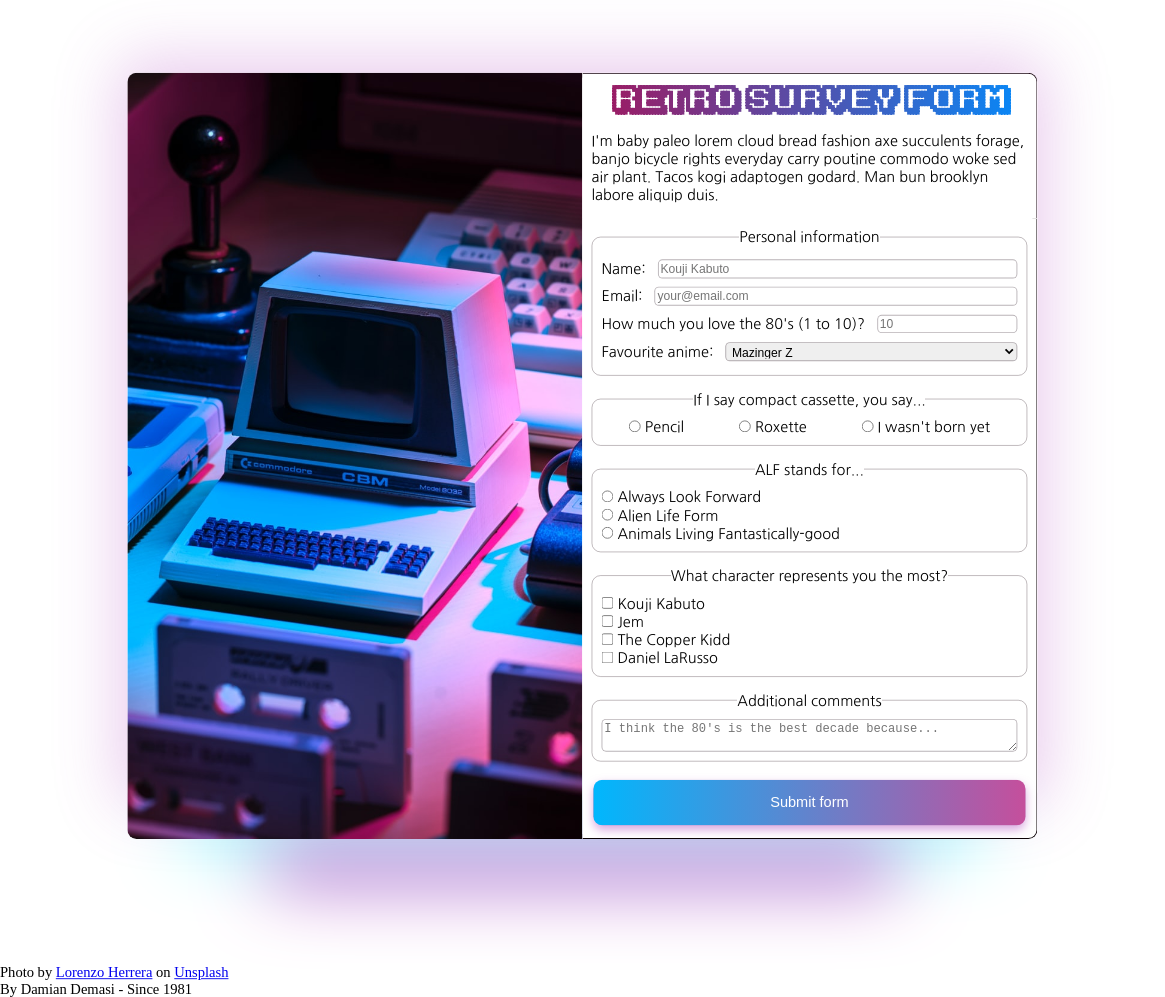
Repository: Colo-Codes/freecodecamp-02-Build-a-Survey-Form
Page: index.html
An editor plug-in stored every save of this project. The page is shown before and after the next save, followed by the edit.
The browser window is 1280 px wide. The pictures show the whole page, at 91% of full size.

Above is the page before, as saved 2021-05-19 08:29:54.

### index.html
<!DOCTYPE html>
<html lang="en">

<head>
    <meta charset="UTF-8">
    <meta http-equiv="X-UA-Compatible" content="IE=edge">
    <meta name="viewport" content="width=device-width, initial-scale=1.0">
    <link rel="stylesheet" href="./resources/css/index.css" type="text/css">
    <link rel="preconnect" href="https://fonts.gstatic.com">
    <link href="https://fonts.googleapis.com/css2?family=Nanum+Gothic:wght@400;800&display=swap" rel="stylesheet">
    <title>Retro Survey Form</title>
</head>

<body>
    <main id="grid-container">
        <header>
            <h1 id="title">Retro Survey Form</h1>
            <p id="description">I'm baby paleo lorem cloud bread fashion axe succulents forage, banjo bicycle rights
                everyday carry poutine commodo woke sed air plant. Tacos kogi adaptogen godard. Man bun brooklyn labore
                aliquip duis.</p>
        </header>
        <section>
            <form action="#" id="survey-form" method="POST">
                <fieldset id="personal-info">
                    <legend>Personal information</legend>
                    <label for="name" id="name-label">
                        Name: <input type="text" id="name" placeholder="Kouji Kabuto" required>
                    </label>
                    <label for="email" id="email-label">
                        Email: <input type="email" id="email" placeholder="your@email.com" required> <!-- validate -->
                    </label>
                    <label for="number" id="number-label">
                        How much you love the 80's (1 to 10)? <input type="number" id="number" placeholder="10" min="1"
                            max="10" required>
                    </label>
                    <label for="dropdown"> Favourite anime:
                        <select name="favourite" id="dropdown">
                            <option value="mazinger-z">Mazinger Z</option>
                            <option value="macross-robotech">Macross (Robotech)</option>
                            <option value="crusher-joe">Crusher Joe</option>
                            <option value="momo">Magical Princess Minky Momo</option>
                            <option value="gundam">Mobile Suit Zeta Gundam</option>
                            <option value="dragon-ball">Dragon Ball</option>
                            <option value="galactic-heroes">Legend of the Galactic Heroes</option>
                        </select>
                    </label>
                </fieldset>

                <fieldset id="cassette">
                    <legend>If I say compact cassette, you say...</legend>
                    <label for="pencil">
                        <input type="radio" name="cassette-match" value="pencil" id="pencil"> Pencil
                    </label>
                    <label for="roxette">
                        <input type="radio" name="cassette-match" value="roxette" id="roxette"> Roxette
                    </label>
                    <label for="not-born">
                        <input type="radio" name="cassette-match" value="not-born" id="not-born"> I wasn't born yet
                    </label>
                </fieldset>
                <fieldset id="alf">
                    <legend>ALF stands for...</legend>
                    <label for="always">
                        <input type="radio" name="alf" value="always" id="always"> Always Look Forward
                    </label>
                    <label for="alien">
                        <input type="radio" name="alf" value="alien" id="alien"> Alien Life Form
                    </label>
                    <label for="animals">
                        <input type="radio" name="alf" value="animals" id="animals"> Animals Living Fantastically-good
                    </label>
                </fieldset>
                <fieldset id="character">
                    <legend>What character represents you the most?</legend>
                    <label for="koji">
                        <input type="checkbox" name="character" value="koji" id="koji"> Kouji Kabuto
                    </label>
                    <label for="jem">
                        <input type="checkbox" name="character" value="jem" id="jem"> Jem
                    </label>
                    <label for="copper">
                        <input type="checkbox" name="character" value="copper" id="copper"> The Copper Kidd
                    </label>
                    <label for="larusso">
                        <input type="checkbox" name="character" value="larusso" id="larusso"> Daniel LaRusso
                    </label>
                </fieldset>
                <fieldset id="additional-comments">
                    <legend>Additional comments</legend>
                    <textarea name="additional-comments" id="textarea" cols="50" placeholder="I think the 80's is the best decade because..."></textarea>
                </fieldset>
                <div id="submit">
                    <input type="submit" value="Submit form">
                </div>
            </form>
        </section>
        <div id="main-image" role="img" aria-label="Retro computers and devices from the 80's under a blue and violet light"></div>
    </main>
    <div id="glow-1"></div>
    <div id="glow-2"></div>
    <footer>
        <p>Photo by <a href="https://unsplash.com/@lorenzoherrera?utm_source=unsplash&utm_medium=referral&utm_content=creditCopyText">Lorenzo Herrera</a> on <a href="https://unsplash.com/?utm_source=unsplash&utm_medium=referral&utm_content=creditCopyText">Unsplash</a></p>
        <p>By Damian Demasi - Since 1981</p>

    </footer>
</body>

</html>

### resources/css/index.css
@font-face {
    font-family: 'Karmatic Arcade';
    src: url("../fonts/ka1.ttf");
    font-weight: normal;
    font-style: normal;
}
/* Initial reset */
html {
    box-sizing: border-box;
    font-size: 16px;
}
*, *:before, *:after {
    box-sizing: inherit;
    margin: 0;
    padding: 0;
    /*outline: 1px dashed blue; /* Debugging purposes */
}
/* Grid */
#grid-container {
    width: 1000px; /* TODO media query */
    height: 800px; /* TODO media query */
    display: grid;
    flex-direction: row;
    margin: 5rem auto 50px auto;
    border-radius: 10px;
    /* border: 1px solid red; */
    grid-template: 1fr 1fr / 1fr 1fr;
    box-shadow: 0px -5px 70px 10px rgba(181, 83, 196, .3);

}
#main-image {
    background-image: url(../img/lorenzo-herrera-p0j-mE6mGo4-unsplash.jpg);
    background-repeat: no-repeat;
    background-position: 50%;
    background-size: cover;
    order: -1;
    grid-area: 1 / 1 / 3 / 2; /* the whole left column */
    border-radius: 10px 0 0 10px;
}
header {
    background-color: white;
    grid-area: 1 / 2 / 2 / 3; /* top right */
    border-radius: 0 10px 0 0;
    border-top: 1px solid rgb(26, 6, 18);
    border-right: 1px solid rgb(26, 6, 18);

}
section {
    background-color: white;
    grid-area: 2 / 2 / 3 / 3; /* top right */
    border-radius: 0 0 10px 0;
    border-bottom: 1px solid rgb(10, 1, 4);
    border-right: 1px solid rgb(10, 1, 4);
}
/* Form */
form {
    margin: 10px;
    font-family: 'Nanum Gothic', sans-serif;
}
h1 {
    margin-top: 10px;
    font-family: "Karmatic Arcade", sans-serif;
    text-align: center;
    background: linear-gradient(90deg, #A4155B, #028CFD);
    -webkit-background-clip: text;
    -webkit-text-fill-color: transparent;
}
header p {
    padding: 1em 10px 1em 10px;
    font-family: 'Nanum Gothic', sans-serif;
}
fieldset {
    padding: 10px;
    border: 1px solid rgba(26, 6, 18, .3);
    border-radius: 10px;
    margin-bottom: 1rem;;
}
legend {
    text-align: center;
}
#personal-info {
    display: flex;
    flex-direction: column;
    align-items: stretch;
}
#personal-info label {
    display: flex;
    margin: .3rem 0;
}
#personal-info input, #personal-info select {
    flex: 1 1 auto;
    margin-left: 1em;
    padding: 2px;
    height: 1.3rem;
    border: 1px solid rgba(26, 6, 18, .3);
    border-radius: 5px;
}
#cassette {
    display: flex;
    flex-direction: row;
    flex-direction: row;
    justify-content: space-around;
}
#alf {
    display: flex;
    flex-direction: row;
    flex-flow: column;
    justify-content: space-around;
}
#character {
    display: flex;
    flex-direction: row;
    flex-flow: column;
    justify-content: space-around;
}
#additional-comments {
    display: flex;
}
#additional-comments textarea {
    flex: 1 1 auto;
    padding: 2px;
    max-width: 100%;
    border: 1px solid rgba(26, 6, 18, .3);
    border-radius: 5px;
    resize:vertical; /* will prevent resizing horizontally */
}
#submit {
    display: flex;
}
input[type=submit] {
    flex: 1 1 auto;
    background-color: #832D7C; /* fallback */
    background-image: linear-gradient(90deg, #00B7FD, #C54F9C);
    border: none;
    border-radius: 10px;
    color: white;
    padding: 16px;
    margin: 4px 2px;
    font-size: 1rem;
    cursor: pointer;
    box-shadow: 0 5px 10px rgba(181, 83, 196, .5);
  }
/* Glow */
#glow-1 {
    width: 850px; /* TODO media query */
    margin: -60px auto;
    box-shadow: 0px 40px 80px 10px #0ff;
}
#glow-2 {
    width: 650px; /* TODO media query */
    margin: -60px auto;
    box-shadow: 0px 80px 80px 20px rgb(181, 83, 196);
}
/* Footer */
footer {
    display: flex;
    margin-top: 15rem;
    flex-direction: column;
    justify-content: center;
}

After the next save:
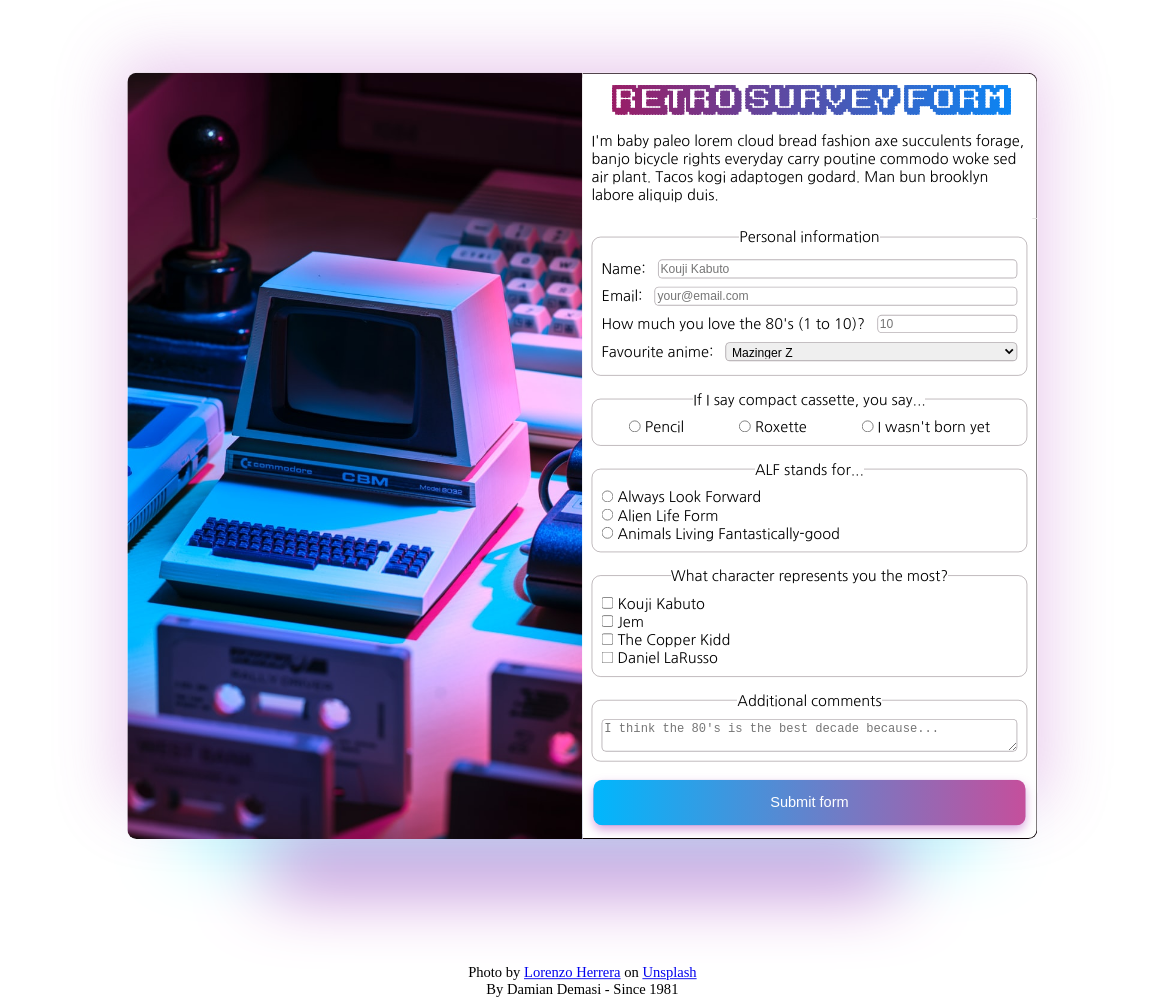
Saved 29 s later.
--- a/resources/css/index.css
+++ b/resources/css/index.css
@@ -158,3 +158,6 @@ footer {
     flex-direction: column;
     justify-content: center;
 }
+footer * {
+    margin: 0 auto;
+}
